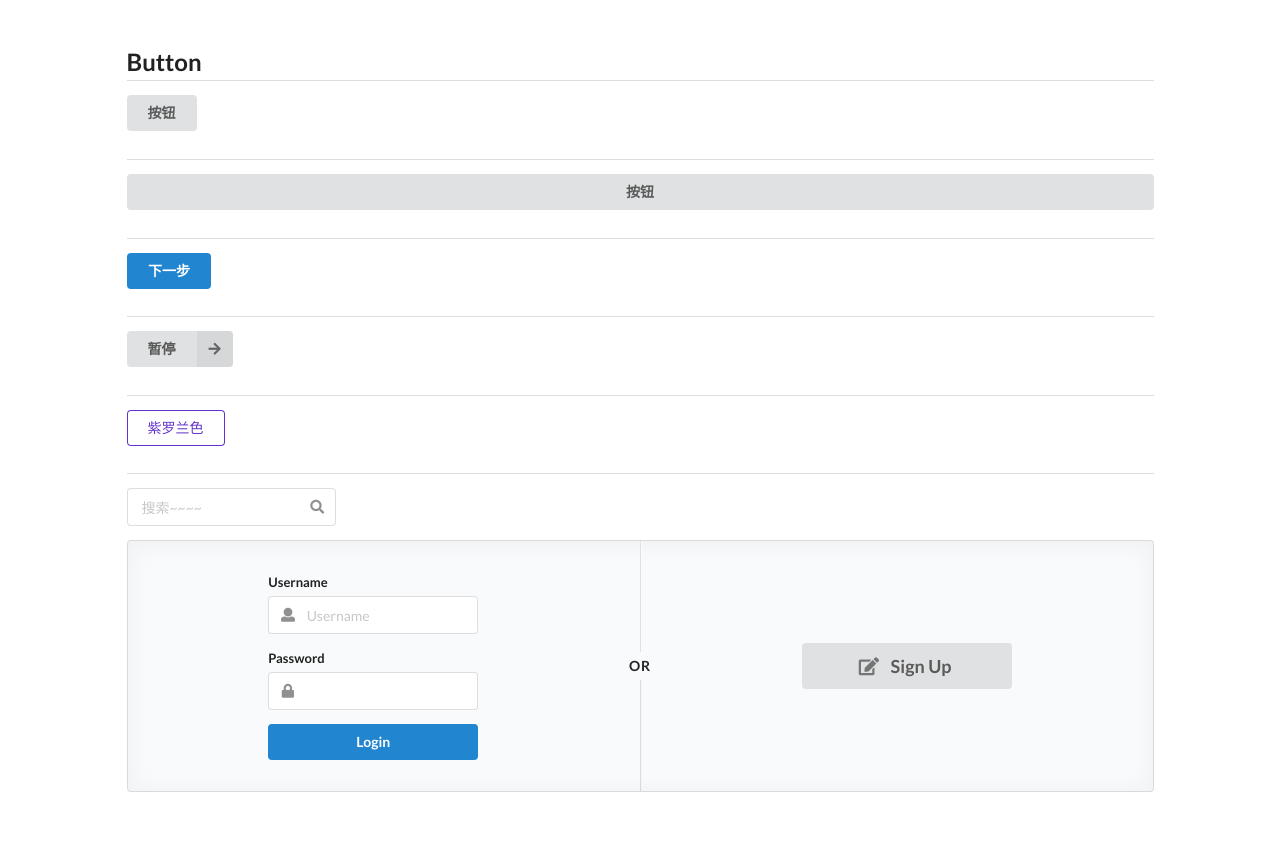
Repository: GOGOHQ/myblog
Page: index.html
An editor plug-in stored every save of this project. The page is shown before and after the next save, followed by the edit.
The browser window is 1280 px wide. The pictures show the whole page.
Some web libraries are served in a nearby version.

Above is the page before, as saved 2020-01-16 14:24:35.

### index.html
<!DOCTYPE html>
<html lang="en">

<head>
    <meta charset="UTF-8">
    <meta name="viewport" content="width=device-width, inital-scale=1.0">
    <title>首页</title>
    <link rel="stylesheet" href="https://cdn.jsdelivr.net/semantic-ui/2.2.4/semantic.min.css">
    <script src="https://cdn.jsdelivr.net/npm/jquery@3.2/dist/jqurey.min.js"></script>
    <script src="https://cdn.jsdelivr.net/semantic-ui/2.2.4/semantic.min.js"></script>
</head>

<body>
<div class="ui container" style="padding:50px">
    <h2 class="ui dividing header">Button</h2>
    <button class="ui button">按钮</button>
    <!-- 填充父容器的按钮 -->
    <h2 class="ui dividing header"></h2>
    <button class="ui button fluid">按钮</button>
    <h2 class="ui dividing header"></h2>
    <!-- 动画按钮 -->
    <button class="ui button vertical primary animated">
        <div class="visible content">下一步</div>
        <div class="hidden content">
            <i class="right arrow icon"></i>
        </div>
    </button>
    <h2 class="ui dividing header"></h2>
    <!-- 标签按钮 -->
    <button class="ui right labeled icon button ">
        <i class="right arrow icon"></i>
        暂停
    </button>
    <!-- 彩色按钮 -->
    <h2 class="ui dividing header"></h2>
    <button class="ui violet basic button">
        紫罗兰色
    </button>
    <!-- 文本框 -->
    <h2 class="ui dividing header"></h2>
    <div class="ui icon input">
        <input type="text" placeholder="搜索~~~~">
        <i class=" search link icon"></i>
    </div>
    <div class="ui placeholder segment">
        <div class="ui two column very relaxed stackable grid">
            <div class="column">
                <div class="ui form">
                    <div class="field">
                        <label>Username</label>
                        <div class="ui left icon input">
                            <input type="text" placeholder="Username">
                            <i class="user icon"></i>
                        </div>
                    </div>
                    <div class="field">
                        <label>Password</label>
                        <div class="ui left icon input">
                            <input type="password">
                            <i class="lock icon"></i>
                        </div>
                    </div>
                    <div class="ui blue submit button">Login</div>
                </div>
            </div>
            <div class="middle aligned column">
                <div class="ui big button">
                    <i class="signup icon"></i> Sign Up
                </div>
            </div>
        </div>
        <div class="ui vertical divider">
            Or
        </div>
    </div>

</div>


</body>


</html>

After the next save:
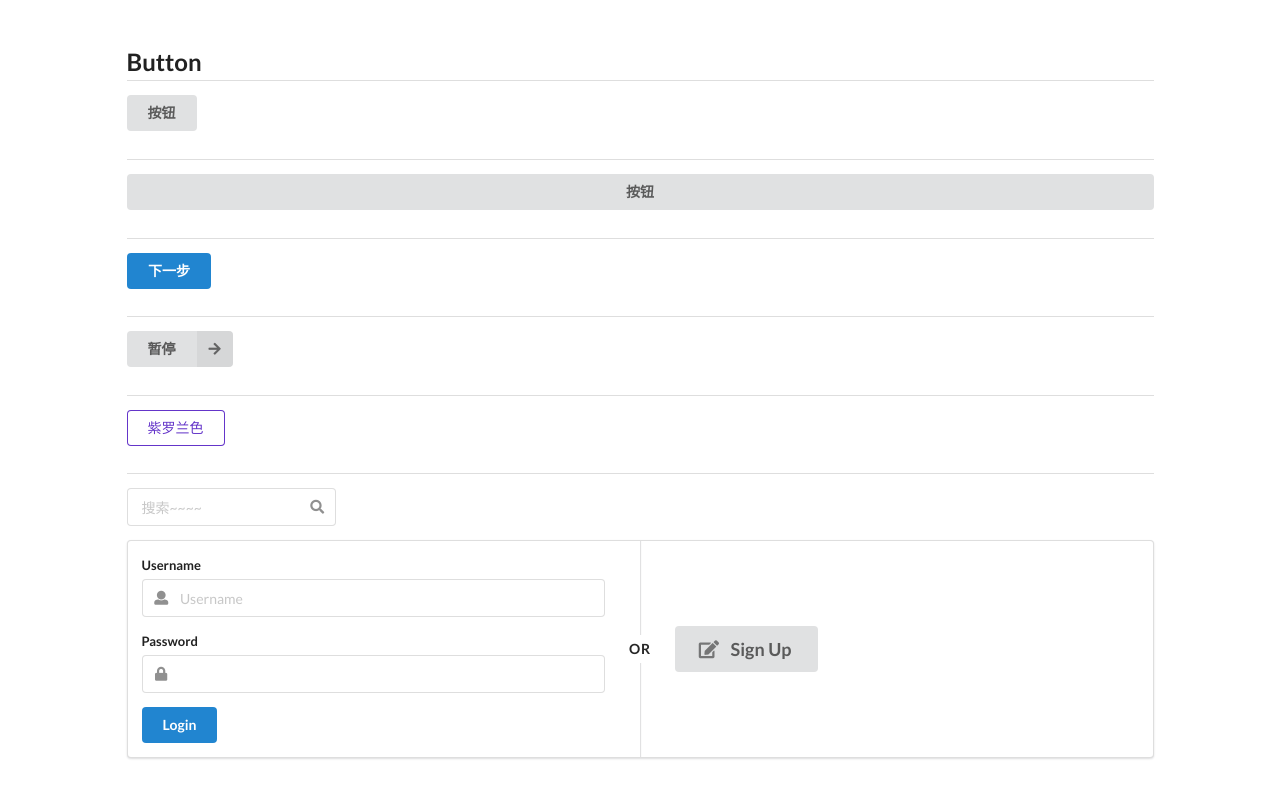
Saved 12 s later.
--- a/index.html
+++ b/index.html
@@ -42,7 +42,7 @@
         <input type="text" placeholder="搜索~~~~">
         <i class=" search link icon"></i>
     </div>
-    <div class="ui placeholder segment">
+    <div class="ui  segment">
         <div class="ui two column very relaxed stackable grid">
             <div class="column">
                 <div class="ui form">

After the save that followed:
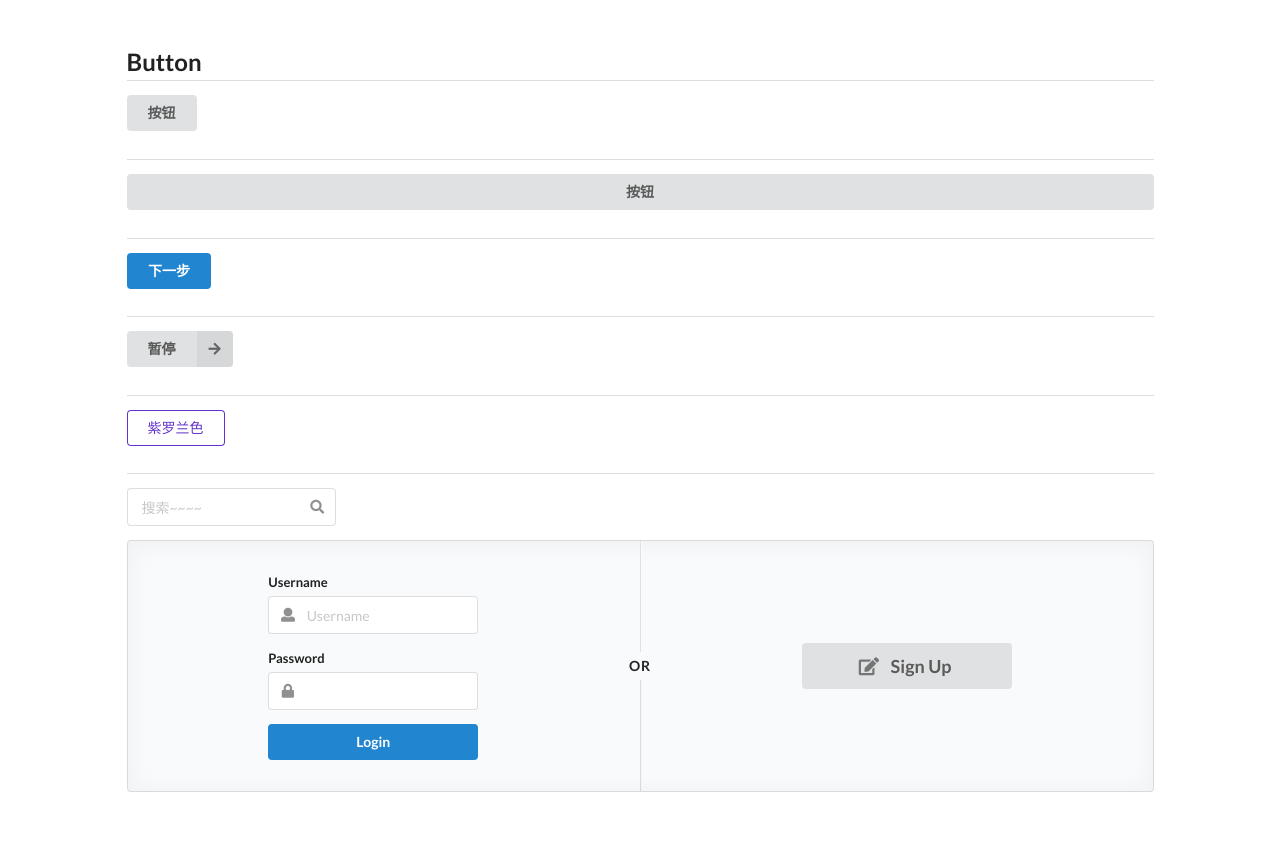
Saved 5 s later.
--- a/index.html
+++ b/index.html
@@ -42,7 +42,7 @@
         <input type="text" placeholder="搜索~~~~">
         <i class=" search link icon"></i>
     </div>
-    <div class="ui  segment">
+    <div class="ui placeholder segment">
         <div class="ui two column very relaxed stackable grid">
             <div class="column">
                 <div class="ui form">
